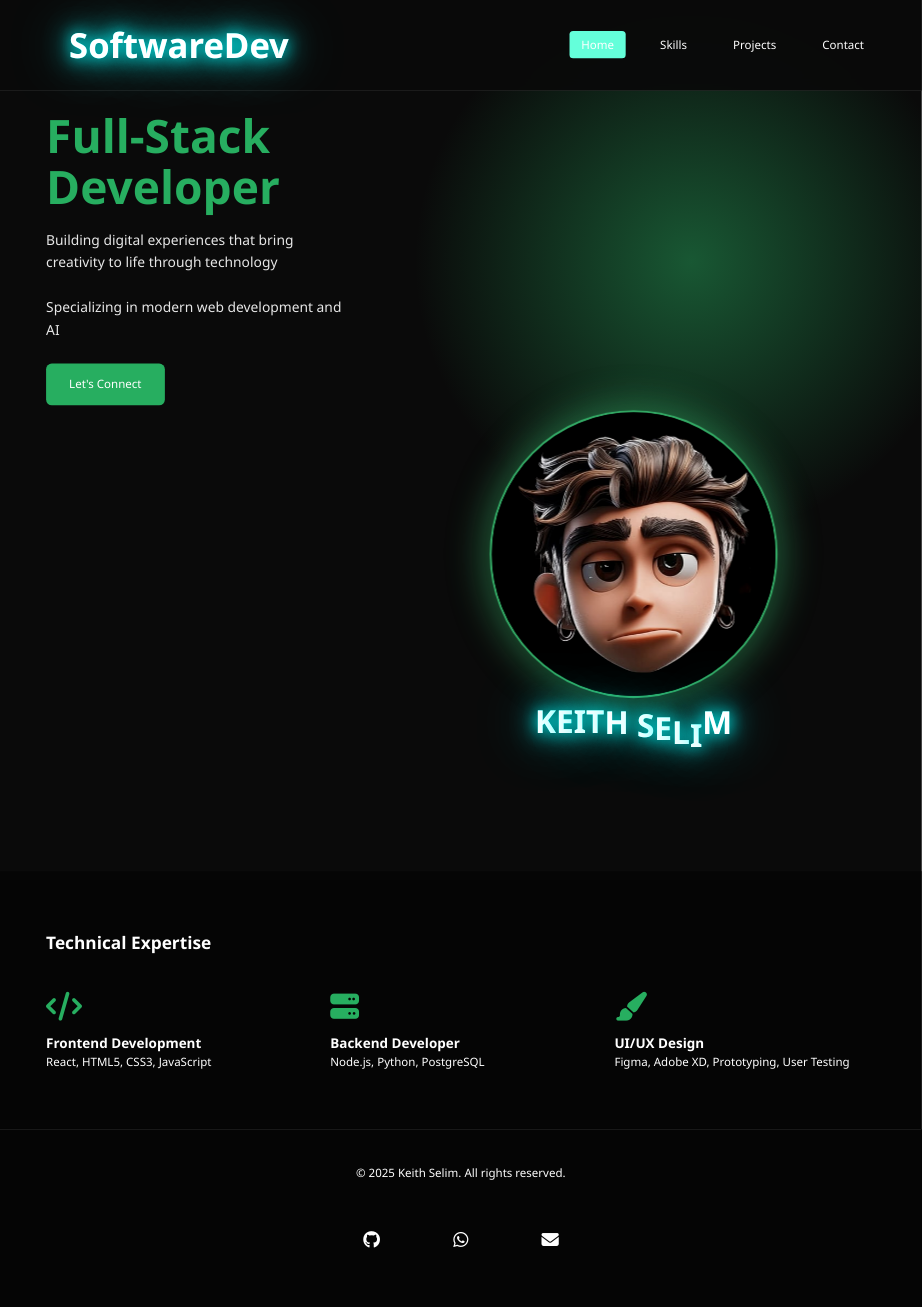
Repository: PEEZYBEE/my-react-portfolio
Page: /
These files come from the project's save history. The page is drawn as it stood at one moment and after the next save; the edit follows.
The browser window is 1280 px wide. The pictures show the whole page, at 72% of full size.
The project was rebuilt for these pictures with package versions that can differ from the ones it lists, and the page was loaded fresh each time. Also part of the build but not shown: vite.config.js.

Above is the page before, as saved 2025-05-07 17:26:14.

After the next save:
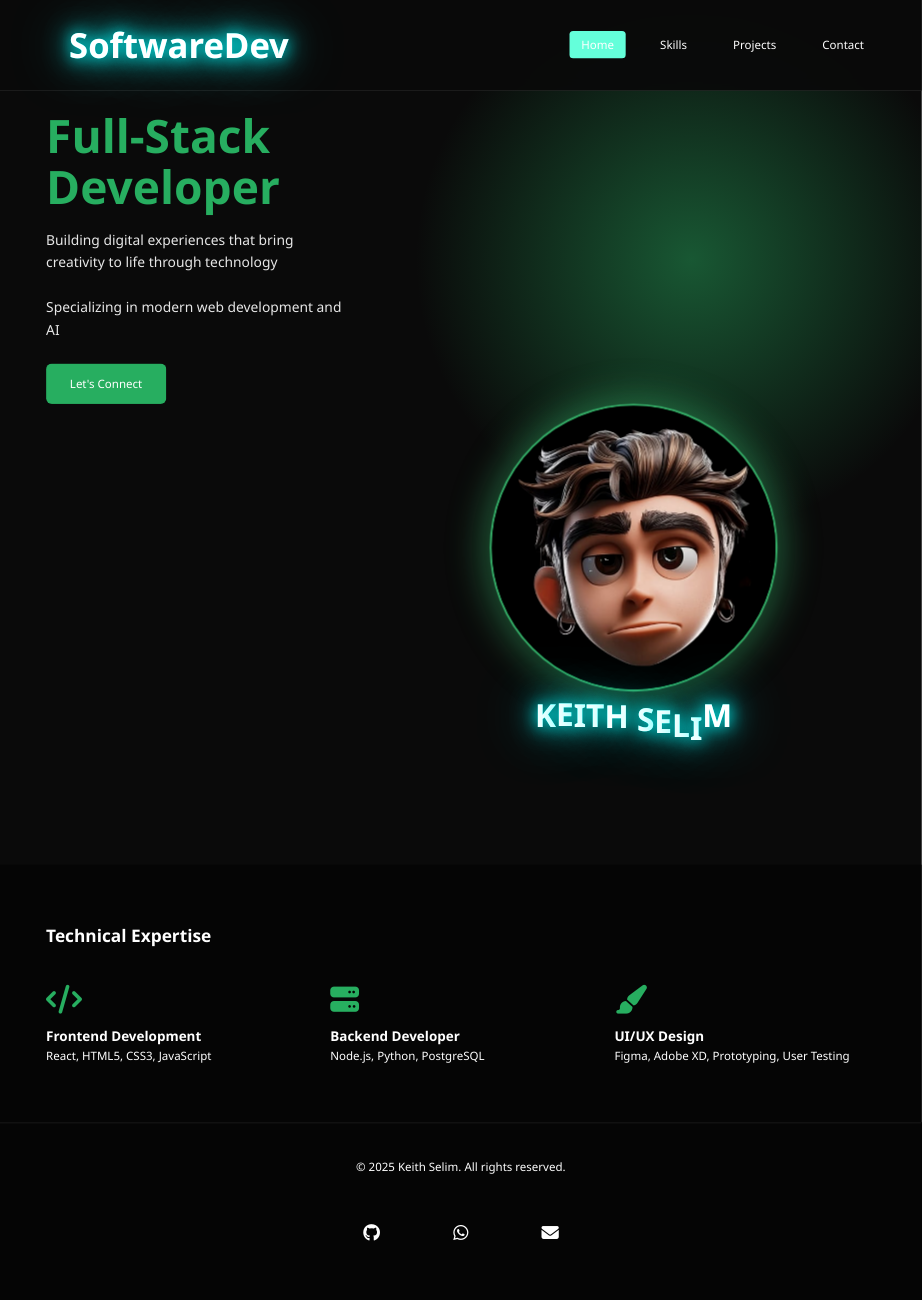
Saved 4 min 18 s later.
--- a/src/components/Hero.jsx
+++ b/src/components/Hero.jsx
@@ -1,15 +1,24 @@
 import React from 'react';
 import './Hero.css';
 import profileImage from '../assets/profile.jpg';
+import { useNavigate } from 'react-router-dom';
 
 const Hero = () => {
+  const navigate = useNavigate();
+
+  const handleConnectClick = () => {
+    navigate('/contact');
+  };
+
   return (
     <section id="home" className="hero">
       <div className="hero-content">
         <h1>Full-Stack Developer</h1>
         <p>Building digital experiences that bring creativity to life through technology</p>
         <p className="highlight">Specializing in modern web development and AI</p>
-        <a href="#contact" className="cta-button">Let's Connect</a>
+        <button onClick={handleConnectClick} className="cta-button">
+          Let's Connect
+        </button>
       </div>
 
       <div className="hero-image-container">
